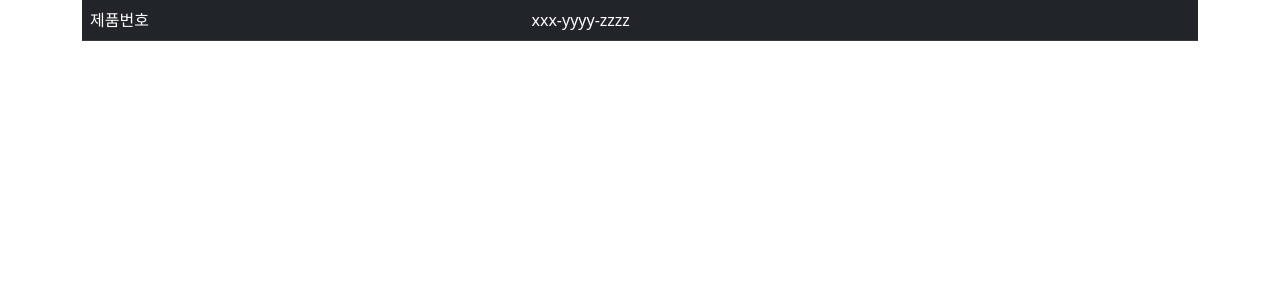
Repository: yeobleeme/06_jsp_basic
Page: http://localhost/jsp01_basic/jsp06_action/jsp03_actiontag.jsp
An editor plug-in stored every save of this project. The page is shown before and after the next save, followed by the edit.
The browser window is 1280 px wide. The pictures show the whole page.
The page is served by Tomcat 9. Other server files are loaded and not shown.

Above is the page before, as saved 2023-05-11 06:03:15.

### jsp01_basic/WebContent/jsp06_action/jsp03_actiontag.jsp
<%@page language="java" contentType="text/html; charset=UTF-8" pageEncoding="UTF-8"%>
<!DOCTYPE html>
<!--
	1. Action Tag?

	 a. 서버나 클라이언트에게 특정 행동을 수행하도록 명령하는 태그
	 b. JSP페이지에서 페이지와 페이지 사이를 제어
	 c. 다른 페이지의 실행결과를 현재 페이지에 포함
	 d. JavaBeans 등의 다양한 기능을 제공
	 e. XML형식으로 선언 jsp:명령...

	2. Action Tag의 종류

	 jsp:include : 다른 페이지를 현재 페이지에 포함(페이지의 모듈화)
	 jsp:forward : 다른 페이지로 이동 명령, 흐름을 제어
	 jsp:useBean : JSP페이지에 Java Beans를 설정(예: BoardVO)
	 jsp:setProperty : Java Beans의 값을 설정(예: BoardVO의 setter역할
	 jsp:getProperty : Java Beans의 값을 설정(예: BoardVO의 getter역할
	 jsp:param : forward, include, plugin 태그의 파라미터로 설정
	 jsp:plugin : 웹브라우저에 Java Applet(swing과 유사한 객체)을 실행
	 jsp:element : 동적으로 XML요소를 설정
	 jsp:attribute : 동적으로 정의한 XML요소의 속성을 설정
	 jsp:body : 동적으로 정의된 XML요소의 body를 설정
	 jsp:test : JSP페이지 및 문서에서 템플릿 텍스트를 설정
-->
<html>
<head>
	<meta charset="UTF-8">
	<meta name="viewport" content="width=device-width, initial-scale=1, minimum-scale=1, maximum-scale=1">
  	<link href="https://cdn.jsdelivr.net/npm/bootstrap@5.2.3/dist/css/bootstrap.min.css" rel="stylesheet">
  	<script src="https://cdn.jsdelivr.net/npm/bootstrap@5.2.3/dist/js/bootstrap.bundle.min.js"></script>
	<title>Insert title here</title>
</head>
<body>
	<div class="container">
		<table class="table table-dark table-hover">
			<tr>
				<td>제품번호</td>
				<td>xxx-yyyy-zzzz</td>
			</tr>
		</table>
	</div>
</body>
</html>

After the next save:
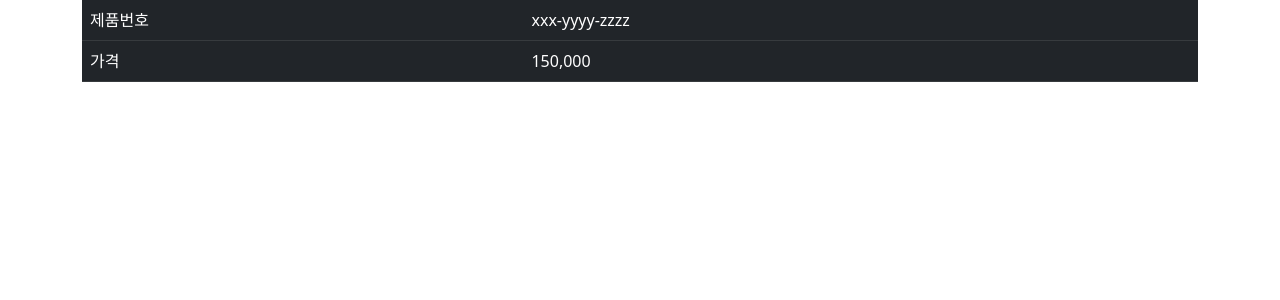
Saved 21 s later.
--- a/jsp01_basic/WebContent/jsp06_action/jsp03_actiontag.jsp
+++ b/jsp01_basic/WebContent/jsp06_action/jsp03_actiontag.jsp
@@ -38,6 +38,10 @@
 				<td>제품번호</td>
 				<td>xxx-yyyy-zzzz</td>
 			</tr>
+			<tr>
+				<td>가격</td>
+				<td>150,000</td>
+			</tr>
 		</table>
 	</div>
 </body>
